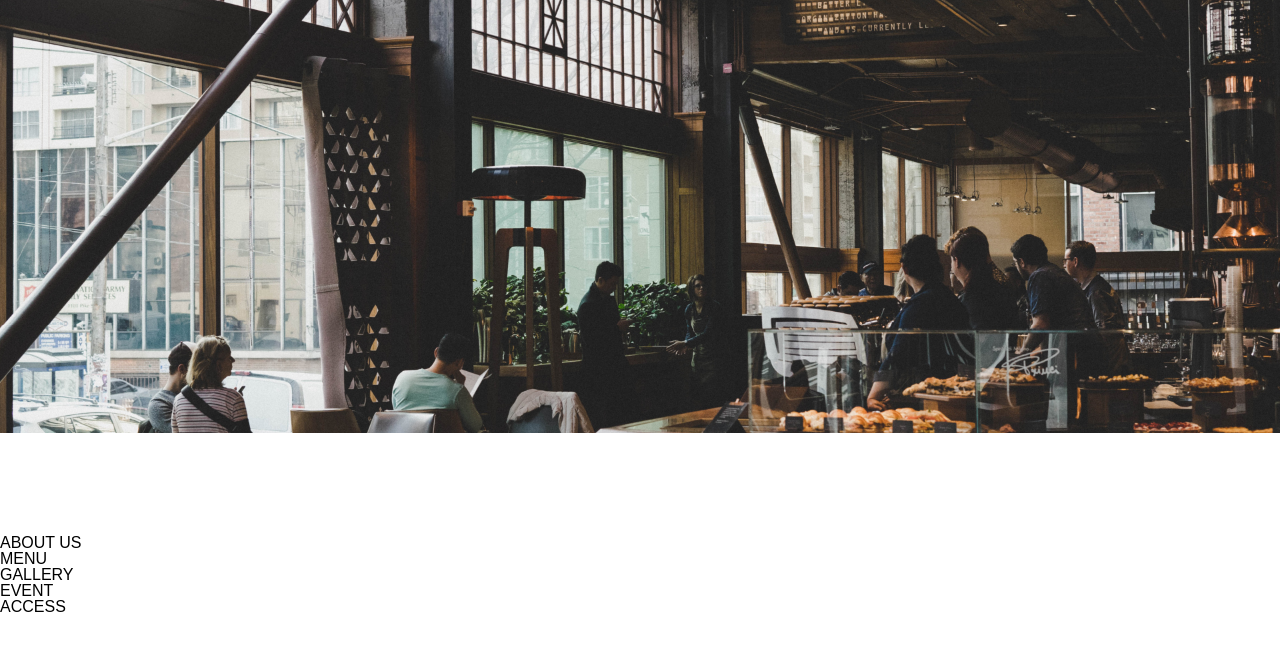
Repository: sonoyama01/dezasuta
Page: 第4回課題/index.html
The author's editor kept a copy of each file at every save. The page is drawn from the files as they stood at one save, then again after the next save.
The browser window is 1280 px wide. The pictures show the whole page.

Above is the page before, as saved 2024-05-01 23:12:28.

### 第4回課題/index.html
<!DOCTYPE html>
<html lang="ja">

<head>
    <meta charset="UTF-8">
    <meta name="viewport" content="width=device-width, initial-scale=1.0">
    <title>Desing Cafe</title>
    <link rel="stylesheet" href="./css/style.css">
</head>

<body>
    <header>
        <div class="header_slide">
            <div>
                <img src="./images/pc_first-100.jpg" alt="店内の様子">
            </div>
        </div>
        <div class="header_wap">
            <h1 class="header_logo">
                <img src="./images/design_cafe_logo_header@2x.png" alt="desind cafe">
            </h1>
            <nav class="pc_nav">
                <ul>
                    <li><a href="#">ABOUT US</a></li>
                    <li><a href="#">MENU</a></li>
                    <li><a href="#">GALLERY</a></li>
                    <li><a href="#">EVENT</a></li>
                    <li><a href="#">ACCESS</a></li>
                </ul>
            </nav>
        </div>
    </header>

</body>

</html>

### 第4回課題/css/style.css
@charset "utf-8";

/* cssリセット */

/*利用するタグによってこちらの内容は増やす*/

html,
body,
h1,
h2,
h3,
p,
dl,
dt,
dd,
ul,
li {
  margin: 0;
  padding: 0;
  line-height: 1;
  /*デフォルトの文字色、font-familyを予め当てておく*/
  color: #000;
  font-family: "游ゴシック体", YuGothic, "游ゴシック", "Yu Gothic", "メイリオ",
    "Hiragino Kaku Gothic ProN", "Hiragino Sans", sans-serif;
}

a {
  /*下線を消す*/
  text-decoration: none;
  /*色を消す*/
  color: inherit;
}

ul {
  /*左の「・」を消す*/
  list-style: none;
}

img {
  max-width: 100%;
  vertical-align: bottom;
  border: none;
}

After the next save:
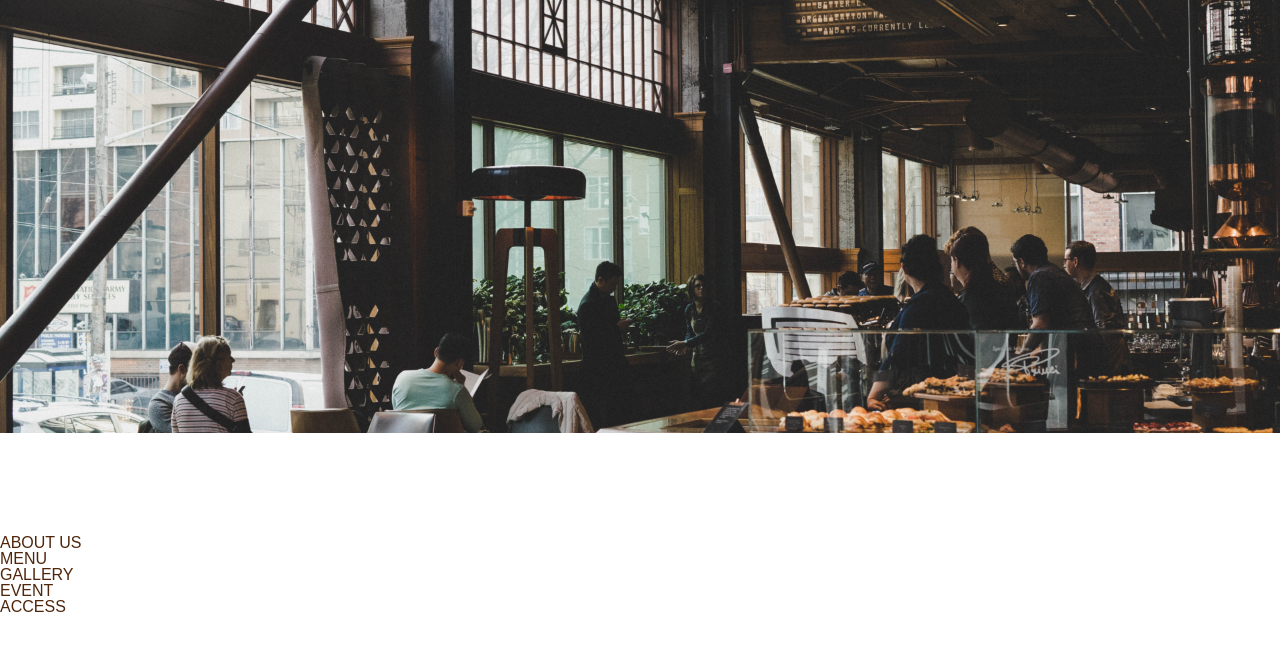
Saved 2 min 23 s later.
--- a/第4回課題/css/style.css
+++ b/第4回課題/css/style.css
@@ -19,7 +19,7 @@ li {
   padding: 0;
   line-height: 1;
   /*デフォルトの文字色、font-familyを予め当てておく*/
-  color: #000;
+  color: #4f260b;
   font-family: "游ゴシック体", YuGothic, "游ゴシック", "Yu Gothic", "メイリオ",
     "Hiragino Kaku Gothic ProN", "Hiragino Sans", sans-serif;
 }
